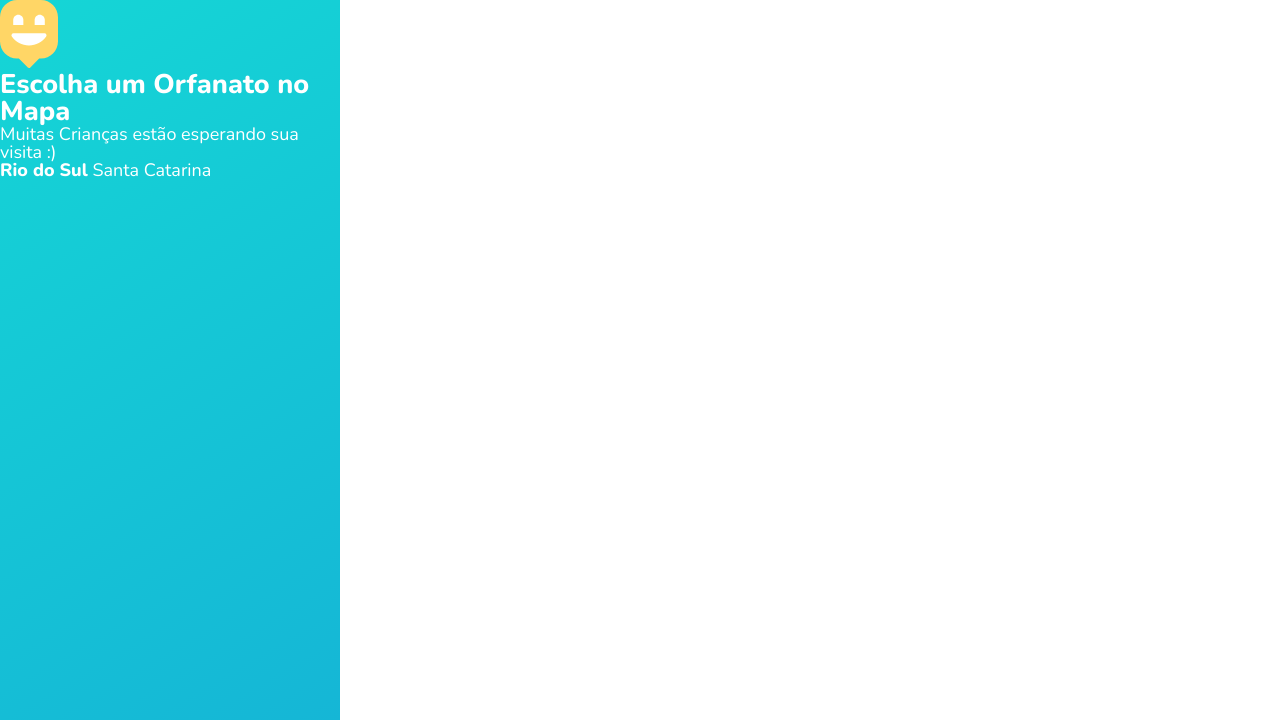
Repository: TeoNogueira/nlw3-rocketseatproject
Page: orphanages.html
These files come from the project's save history. The page is drawn as it stood at one moment and after the next save; the edit follows.
The browser window is 1280 px wide. The pictures show the whole page.

Above is the page before, as saved 2020-10-13 16:55:16.

### orphanages.html
<!DOCTYPE html>
<html lang="en">

<head>
  <meta charset="UTF-8" />
  <meta name="viewport" content="width=device-width, initial-scale=1.0" />
  <title>Localize um Orfanato | Happy</title>
  <link rel="icon" href="/images/logo-icon.png" />
  <link rel="stylesheet" href="/css/main.css" />
  <link rel="stylesheet" href="/css/animations.css" />
  <link rel="stylesheet" href="/css/page-orphanages.css" />
  <link href="https://fonts.googleapis.com/css2?family=Nunito:wght@400;600;800&display=swap" rel="stylesheet">

</head>

<body id="body">
  <div id="page-orphanages" class=""> <!--ORPHANAGES COMEÇO-->
    <aside>
      <header>

        <img src="/images/map-marker.svg" alt="Happy" class="">

        <h2> Escolha um Orfanato no Mapa</h2>

        <p> Muitas Crianças estão esperando sua visita :)


        </p>

      </header>


<footer>

  <strong>Rio do Sul</strong>
  <span>Santa Catarina</span>
</footer>


    </aside>

    <div id="mapid"></div>

<a href="create-orphanage" class="create-orphanage" title="cadastre um orfanato">
  <img src="/images/plus.svg" alt="Criar orfanato" class="">

</a>



  </div><!--ORPHANAGES FIM-->
</body>

</html>

<!-- Hello World Hypertext >> são textos que contém links


    markup = marcações de tags
    -->

### public/css/main.css
* {
  margin: 0;
  padding: 0;
}

:root {
  font-size: 62.5%;
}
/* através do "ROOTEM" ou "rem" posso criar um root de tamanhos de pixels pre-configurados por mim mesmo*/

body {
  height: 100vh;
  color: white;
}

body,
button,
input,
textarea {
  /*
    font-size: 1.1em;
    font-family: 'Nunito', sans-serif;
    line-height: 1;
    font-weight: 400;*/
  font: 400 1.8rem/1 "Nunito", sans-serif;
}

### public/css/animations.css
/* Animações  ----*/

@keyframes up {
  from {
    opacity: 0;
    transform: translateY(16px);
  }

  to {
    opacity: 1;
    transform: translateX(0);
  }
}

.animate-up {
  animation-name: up;
  animation-duration: 300ms;
  animation-fill-mode: backwards;
}

/* Animações FIM ----*/

### public/css/page-orphanages.css
#page-orphanages {

width: 100%;
height: 100%;
display: flex;




}


aside { width: clamp(34rem, 25vw, 44rem);

background: linear-gradient(329.54deg, #15b6d6 0%, #15d6d6);
}

After the next save:
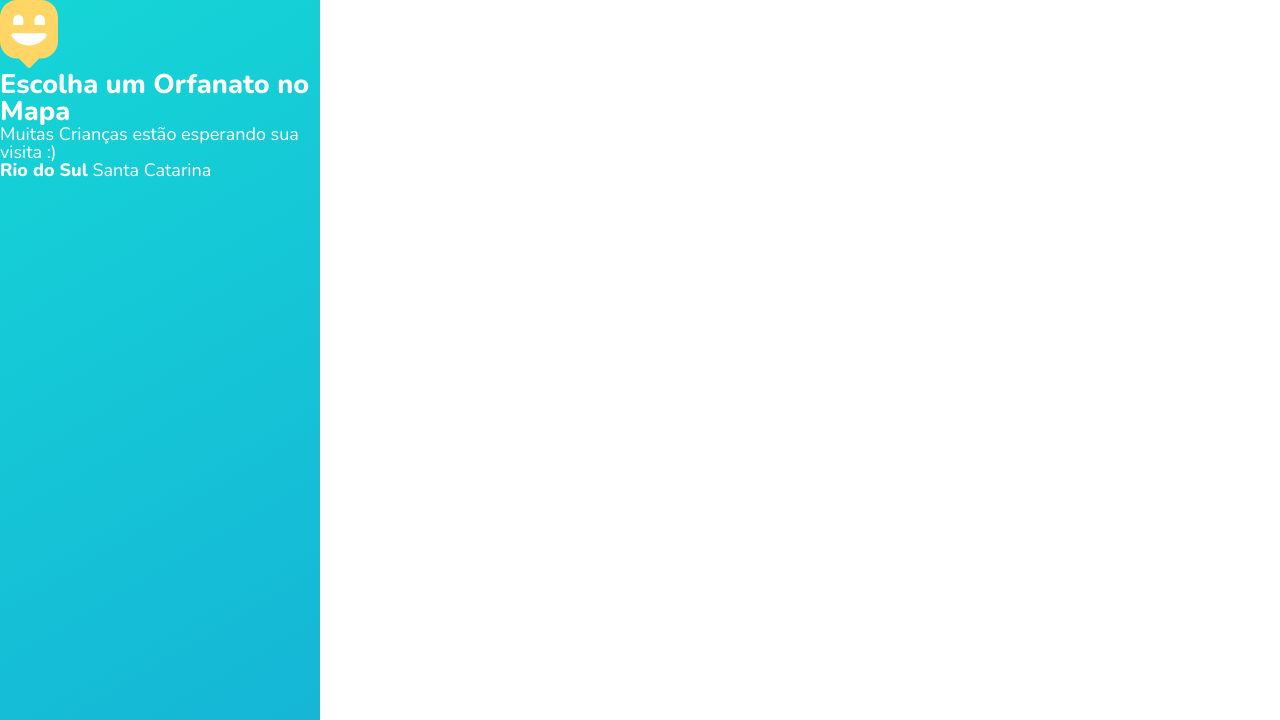
Saved 16 s later.
--- a/public/css/page-orphanages.css
+++ b/public/css/page-orphanages.css
@@ -10,7 +10,7 @@
 }
 
 
-aside { width: clamp(34rem, 25vw, 44rem);
+aside { width: clamp(24rem, 25vw, 44rem);
 
 background: linear-gradient(329.54deg, #15b6d6 0%, #15d6d6);
 }
